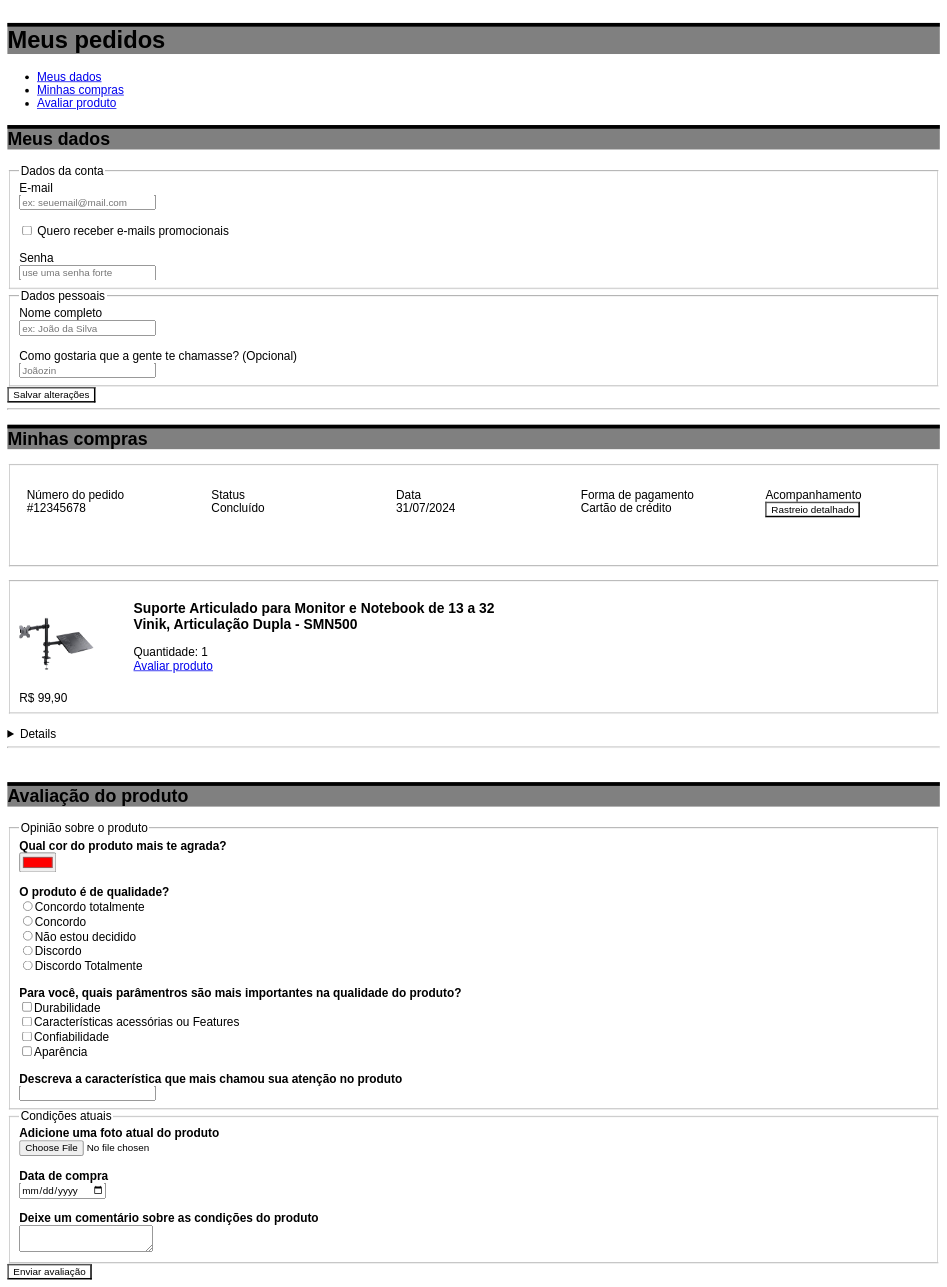
Repository: claudemir-camargo/site-compras
Page: index.html
The author's editor kept a copy of each file at every save. The page is drawn from the files as they stood at one save, then again after the next save.
The browser window is 1280 px wide. The pictures show the whole page, at 74% of full size.

Above is the page before, as saved 2024-03-10 00:51:09.

### index.html
<!DOCTYPE html>
<html lang="en">

<head>
    <meta charset="UTF-8">
    <meta name="viewport" content="width=device-width, initial-scale=1.0">
    <link rel="stylesheet" type="text/css" href="css/style.css" />
    <title>Site de Compras</title>
</head>

<body>
    <h1>Meus pedidos</h1>
    <ul>
        <li><a href="#meus-dados">Meus dados</a></li>
        <li><a href="#minhas-compras">Minhas compras</a></li>
        <li><a href="#avaliacao-produto">Avaliar produto</a></li>
    </ul>
    <h2 id="meus-dados">Meus dados</h2>
    <!-- Conta -->
    <fieldset>
        <legend>Dados da conta</legend>
        <form>
            <label>E-mail</label><br>
            <input type="email" id="email" name="email" placeholder="ex: seuemail@mail.com"><br><br>
            <input type="checkbox">
            <label>Quero receber e-mails promocionais</label><br><br>
            <label>Senha</label><br>
            <input type="password" placeholder="use uma senha forte">
        </form>
    </fieldset>
    <!-- Pessoais -->
    <fieldset>
        <legend>Dados pessoais</legend>
        <form>
            <label>Nome completo</label><br>
            <input type="text" placeholder="ex: João da Silva"><br><br>
            <label>Como gostaria que a gente te chamasse? (Opcional) </label><br>
            <input type="text" placeholder="Joãozin">
        </form>
    </fieldset>
    <button type="button">Salvar alterações</button>
    <hr>
    <!-- Minhas compras -->
    <h2 id="minhas-compras">Minhas compras</h2>
    <fieldset>
        <div class="container">
            <div id="div1">
                <p>Número do pedido<br>#12345678</p>
            </div>
            <div id="div2">
                <p>Status<br>Concluído</p>
            </div>
            <div id="div3">
                <p>Data<br>31/07/2024</p>
            </div>
            <div id="div4">
                <p>Forma de pagamento<br>Cartão de crédito</p>
            </div>
            <div id="div5">
                <p>Acompanhamento<br><a href="#rastreioModal"><button>Rastreio detalhado</button></a></p>
            </div>
        </div>
    </fieldset>
    <div id="rastreioModal" class="modal">
        <h2>Rastreio detalhado</h2>
        <p>Seu pedido foi entregue com sucesso!<br>
            Entregue por: GFL<br>
            Código de rasteeio: 123456789<br>
            Entregue em: 31/07/2024<br>
        </p>
        <a href="#">Fechar</a>
    </div>

    <!-- Produto -->
    <br>
    <fieldset>
        <div class="container1">
            <div class="imagem"><img src="img/suporte.jpg" alt="Suporte"></div>
        <div class="produto">
            <h3>
                <p>Suporte Articulado para Monitor e Notebook de 13 a 32 Vinik,
                    Articulação Dupla - SMN500</p>
            </h3>
            Quantidade: 1<br>
            <a href="#avaliacao-produto">Avaliar produto</a><br>
        </div>
        <div class="preco">R$ 99,90</div>
        </div>
    </fieldset>
    <br>
    <details tag="Detalhes de Envio e Pagamento">
        <p></p>
        <strong>Endereço de entrega</strong><br>
        Avenida Estelita Falcão<br>
        Número 12, Centro<br>
        CEP 48170-970 - Itapetininga/São Paulo
        <br><br>
        <strong>Forma de Pagamento</strong><br>
        Cartão de crédito<br>
        Master Card **** **** **** 1234<br>
        Titular: Claudemir Camargo
        <br><br>
        <strong>Frete</strong>
        R$ 15,50<br>
        Enviado por GFL<br>
        Entregue
    </details>
    <hr>
    <br>
    <form>
        <h2 id="avaliacao-produto">Avaliação do produto</h2>
        <fieldset>
            <legend>Opinião sobre o produto</legend>
            <label><strong>Qual cor do produto mais te agrada?</strong></label><br>
            <input type="color" value="#ff0000"><br><br>
            <label><strong>O produto é de qualidade?</strong></label><br>
            <input type="radio" name="qualidade"><label>Concordo totalmente</label><br>
            <input type="radio" name="qualidade"><label>Concordo</label><br>
            <input type="radio" name="qualidade"><label>Não estou decidido</label><br>
            <input type="radio" name="qualidade"><label></label>Discordo</label><br>
            <input type="radio" name="qualidade"><label></label>Discordo Totalmente</label>
            <br><br>
            <label><strong>Para você, quais parâmentros são mais importantes na qualidade do
                    produto?</strong></label><br>
            <input type="checkbox"><label>Durabilidade</label><br>
            <input type="checkbox"><label>Características acessórias ou Features</label><br>
            <input type="checkbox"><label>Confiabilidade</label><br>
            <input type="checkbox"><label>Aparência</label>
            <br><br>
            <label><strong>Descreva a característica que mais chamou sua atenção no produto</strong></label><br>
            <input list="browsers" name="browser" id="browser">
            <datalist id="browsers">
                <option value="Cor">
                <option value="Tamanho">
                <option value="Peso">
                <option value="Material">
            </datalist>
        </fieldset>
        <fieldset>
            <legend>Condições atuais</legend>
            <label><strong>Adicione uma foto atual do produto</strong></label><br>
            <input type="file">
            <br><br>
            <label><strong>Data de compra</strong></label><br>
            <input type="date">
            <br><br>
            <label><strong>Deixe um comentário sobre as condições do produto</strong></label><br>
            <textarea name="comentario"></textarea>
        </fieldset>
        <button type="button">Enviar avaliação</button>
    </form>
</body>

</html>

### css/style.css
* {
    font-family: Arial, Helvetica, sans-serif;
}

h1, h2 {
    border-top: 5px solid black;
    background-color: gray;
}

img {
    height: 70px;
    width: 100px;
}

body{
    margin: 5px;
    padding: 5px;
    /*background-color: green;*/
}

button {
    background-color:white;

}

.container {
    display: flex;
    gap: 20px;
}

#div1, #div2, #div3, #div4, #div5 {
    flex: 1;
    width: 100px;
    height: 100px;
    display: inline-block;
    padding: 10px;
}

.container1 {
    display: inline-block;
    /*gap: 33px;*/
}

#imagem, #produto, #preco {
    flex: 1;
    display: inline;
    padding: 10px;
}

.imagem {
    width: 150px;
    height: 100px;
    display: inline-block;
}

.produto {
    width: 500px;
    height: 100px;
    display: inline-block;
}

.modal {
    display: none;
    position: fixed;
    top: 50%;
    left: 50%;
    transform: translate(-50%, -50%);
    background-color: #f9f9f9;
    padding: 20px;
    border: 1px solid #ccc;
    box-shadow: 0 2px 10px rgba(0, 0, 0, 0.1);
    z-index: 1000;
}

.modal:target {
    display: block;
}

After the next save:
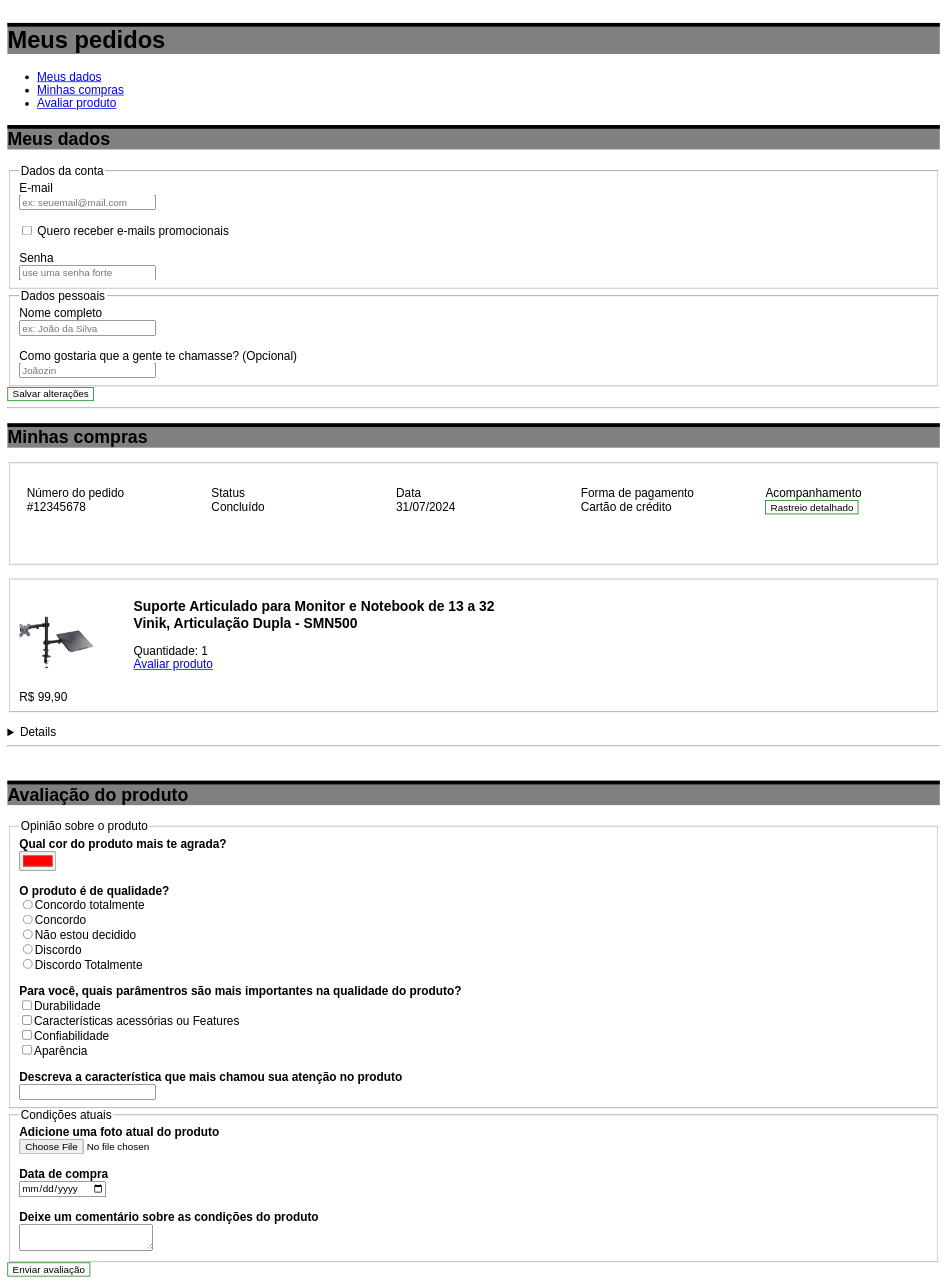
Saved 75 s later.
--- a/css/style.css
+++ b/css/style.css
@@ -19,6 +19,7 @@ body{
 }
 
 button {
+    border: solid 1px green;
     background-color:white;
 
 }

After the save that followed:
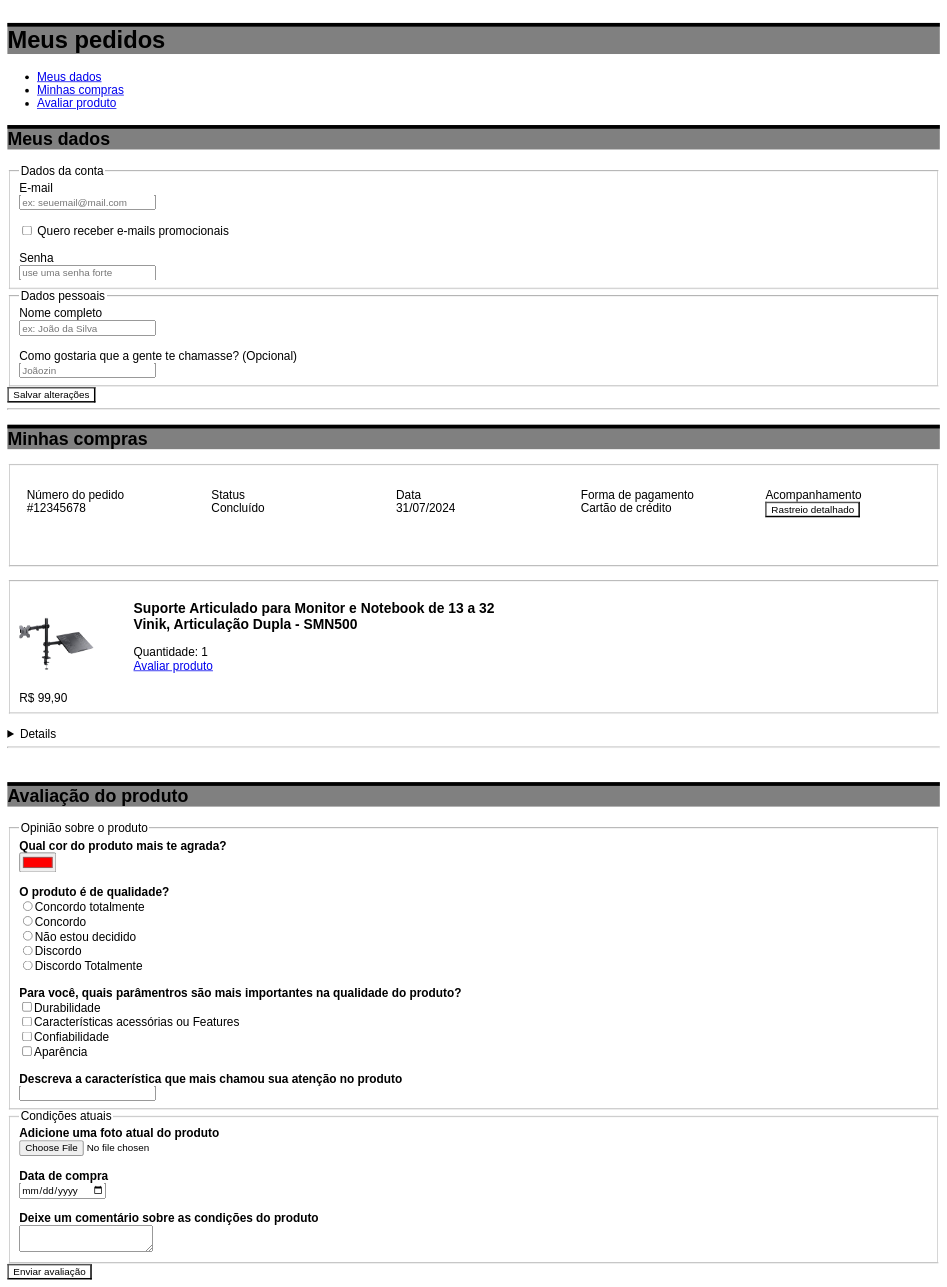
Saved 58 s later.
--- a/css/style.css
+++ b/css/style.css
@@ -15,11 +15,9 @@ img {
 body{
     margin: 5px;
     padding: 5px;
-    /*background-color: green;*/
 }
 
 button {
-    border: solid 1px green;
     background-color:white;
 
 }
